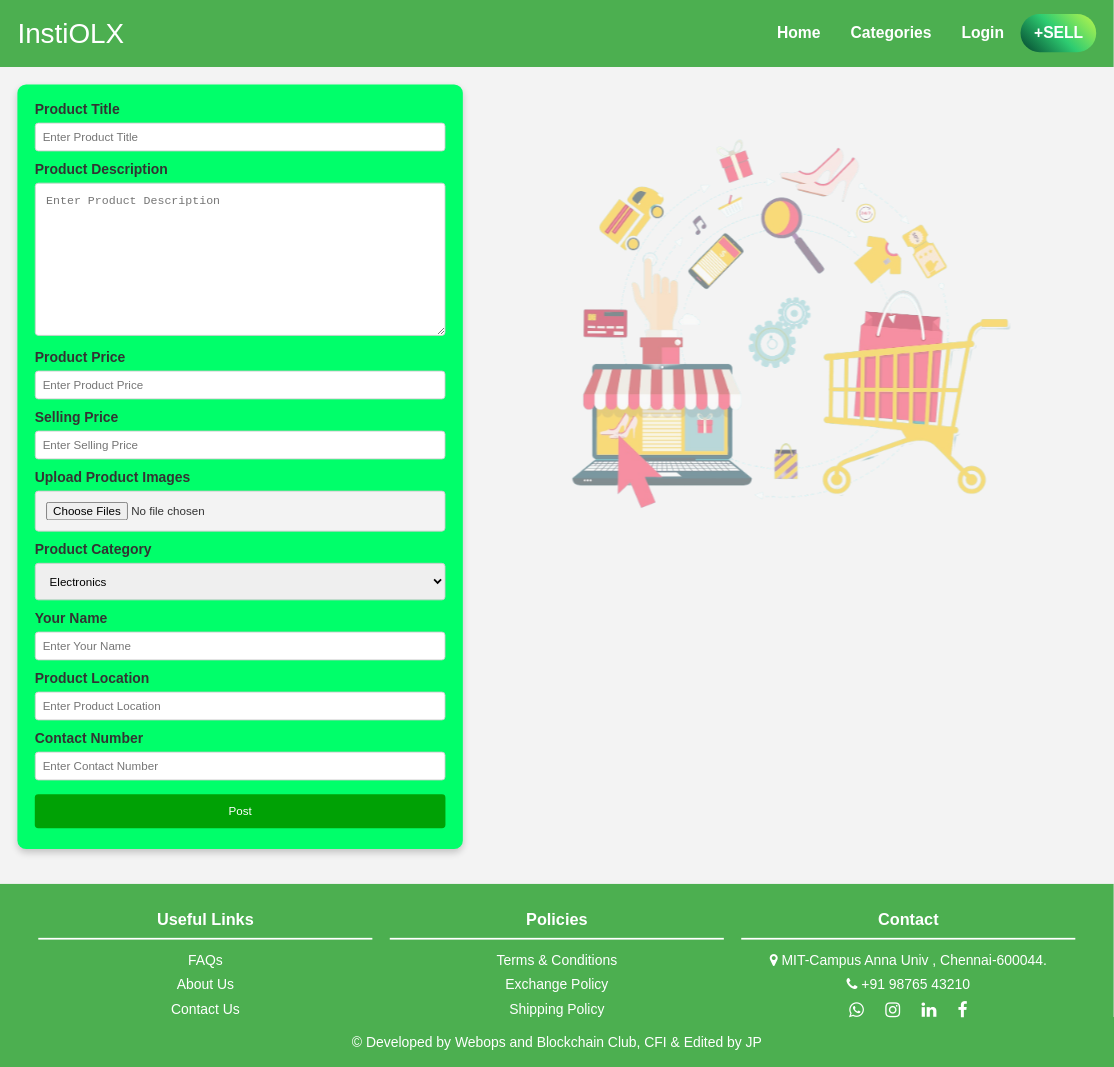
Repository: John-Prabu-A/web-dev-summer-school
Page: Session_1_Assignment/sell.html
The author's editor kept a copy of each file at every save. The page is drawn from the files as they stood at one save, then again after the next save.
The browser window is 1280 px wide. The pictures show the whole page, at 87% of full size.

Above is the page before, as saved 2024-06-20 16:13:40.

### Session_1_Assignment/sell.html
<!DOCTYPE html>
<html lang="en">

<head>
    <meta charset="UTF-8">
    <meta name="viewport" content="width=device-width, initial-scale=1.0">
    <title>InstiOLX</title>
    <link rel="stylesheet" href="Styles.css">
    <link rel="stylesheet" href="https://cdnjs.cloudflare.com/ajax/libs/font-awesome/4.7.0/css/font-awesome.min.css">
    <link rel="stylesheet" href="sell-page.css">
</head>

<body>
    <header>
        <div id="logo">InstiOLX</div>
        <div class="navbar">
          <a href="#">Home</a>
          <a href="#">Categories</a>
          <a href="#">Login</a>
          <a href="/Session_1_Assignment/sell.html" style="background:linear-gradient(45deg, #03442e, #2ECC71 , #BDF74B );text-align:center;border-radius:40px;">+SELL</a>
        </div>
    </header>

    <img src="/Session_1_Assignment/sell-page-bg.png" alt="sell-page-image">
    <form action="" class="container" method="post">
        <label for="product-title"><b>Product Title</b></label>
        <input type="text" placeholder="Enter Product Title" name="product-title" required>

        <Lable for="product-description"><b>Product Description</b></Lable>
        <textarea name="product-description" id="product-description" cols="30" rows="10"
            placeholder="Enter Product Description" required></textarea>

        <label for="product-price"><b>Product Price</b></label>
        <input type="text" placeholder="Enter Product Price" name="product-price" required>

        <label for="selling-price"><b>Selling Price</b></label>
        <input type="text" placeholder="Enter Selling Price" name="selling-price" required>

        <!-- multiple photo upload -->
        <label for="product-image"><b>Upload Product Images</b></label>
        <input type="file" name="product-image" id="product-image" multiple required>

        <label for="product-category"><b>Product Category</b></label>
        <select name="product-category" id="product-category" required>
            <option value="electronics">Electronics</option>
            <option value="furniture">Furniture</option>
            <option value="vehicles">Vehicles</option>
            <option value="clothing">Clothing</option>
            <option value="books">Books</option>
            <option value="miscellaneous">Miscellaneous</option>
            <option value="other">Other</option>
        </select>

        <label for="seller-name"><b>Your Name</b></label>
        <input type="text" placeholder="Enter Your Name" name="seller-name" required>

        <label for="product-location"><b>Product Location</b></label>
        <input type="text" placeholder="Enter Product Location" name="product-location" required>

        <label for="product-contact"><b>Contact Number</b></label>
        <input type="text" placeholder="Enter Contact Number" name="product-contact" required>

        <button type="submit">Post</button>
    </form>
    <footer class="footer">
        <div class="footer-container">
            <div class="footer-column">
                <h3>Useful Links</h3>
                <ul>
                    <li><a href="#">FAQs</a></li>
                    <li><a href="#">About Us</a></li>
                    <li><a href="#">Contact Us</a></li>
                </ul>
            </div>
            <div class="footer-column">
                <h3>Policies</h3>
                <ul>
                    <li><a href="#">Terms & Conditions</a></li>
                    <li><a href="#">Exchange Policy</a></li>
                    <li><a href="#">Shipping Policy</a></li>
                </ul>
            </div>
            <div class="footer-column">
                <h3>Contact</h3>
                <p><i class="fa fa-map-marker"></i> MIT-Campus Anna Univ , Chennai-600044.</p>
                <p><i class="fa fa-phone"></i> +91 98765 43210</p>
                <div class="social-icons">
                    <a href="#" class="fa fa-whatsapp"></a>
                    <a href="#" class="fa fa-instagram"></a>
                    <a href="#" class="fa fa-linkedin"></a>
                    <a href="#" class="fa fa-facebook"></a>
                </div>
            </div>
            © Developed by Webops and Blockchain Club, CFI & Edited by JP
        </div>
    </footer>
</body>

</html>

### Session_1_Assignment/Styles.css
* {
    box-sizing: border-box;
    margin: 0;
    padding: 0;
}

body {
    font-family: 'Gill Sans', 'Gill Sans MT', Calibri, 'Trebuchet MS', sans-serif;
    background-color: white;
    color: #333;
}

header{
    background-color: #4CAF50;
    color: white;
    padding: 20px;
    display: flex;
    justify-content: space-between;
    align-items: center;
    position: sticky;
    width: 100%;
    z-index: 100;
  }
  header #logo {
    font-size: 2em;
  }

  header .navbar a{
    color: white;
    font-weight: bold;
    font-size: 18px;
    padding: 12px 15px;
    text-decoration: none;
  }
  header .navbar a:hover{
    background-color: #45a049;
  }
.banner {
    position: relative;
    padding: 60px 0 0 0;
}

.banner img {
    width: 100%;
}

.search-bar {
    margin: 20px;
    display: flex;
    justify-content: center;
}

.search-bar input[type="text"] {
    width: 300px;
    padding: 10px;
    border: 2px solid #4CAF50;
    border-radius: 5px 0 0 5px;
    border-right: 0;
    outline: none;             /*On starting to type it creates balck border by default,so to avoid it v use this*/
}

.search-bar button {
    padding: 10px 20px;
    border: 2px solid #4CAF50;
    border-left: 0;
    background-color: #4CAF50;
    color: white;
    cursor: pointer;
    border-radius: 0 5px 5px 0;
}

.search-bar button:hover {
    background-color: #45a049;
}

.slideshow-container {
    display: flex;
    justify-content: center;
    gap: 50px;
    flex-wrap: wrap;
}

.slideshow {
    position: relative;
    width: 350px;
    height: 350px;
    overflow: hidden;
    border-radius: 20px;
    border: 2px solid #ddd;
    box-shadow: 0 0 10px rgba(0, 0, 0, 0.1);
}

.slideshow-image {
    position: absolute;
    width: 100%;
    height: 100%;
    background-size: cover;
    opacity: 0;
    animation-iteration-count: infinite;
}

.image1 { background-image: url('https://encrypted-tbn0.gstatic.com/images?q=tbn:ANd9GcQVwGVsuaL7RGKo6A_Sqq83s5_6XYFMhHsjug&s');
          animation-name: fade1;
          animation-duration: 4s; }
.image2 { background-image: url('https://5.imimg.com/data5/WS/NI/FV/SELLER-11710265/mad-maxx-bicycles-avengers-single-kids-cycle-500x500.jpg');
          animation-name: fade2;
          animation-duration: 4s; }
.image3 { background-image: url('https://5.imimg.com/data5/SELLER/Default/2022/7/YX/MH/UK/153492086/pulsar-150cc-twin-disk-500x500.png');
          animation-name: fade3;
          animation-duration: 4s; }
.image4 { background-image: url('https://cpimg.tistatic.com/07673503/b/4/Toyota-Innova-Crysta.jpg');
          animation-name: fade1;
          animation-duration: 4s; }
.image5 { background-image: url('https://tiimg.tistatic.com/fp/1/007/862/most-advanced-modern-premium-lg-7-kg-front-fully-automatic-washing-machine-255.jpg');
          animation-name: fade2;
          animation-duration: 4s; }
.image6 { background-image: url('https://5.imimg.com/data5/SELLER/Default/2022/3/MI/KE/UL/19250422/whirlpool-1-0-ton-3-star-inverter-split-ac-500x500.jpg');
          animation-name: fade3;
          animation-duration: 4s; }
.image7 { background-image: url('https://5.imimg.com/data5/SELLER/Default/2021/8/HZ/XR/AC/8962391/household-vacuum-cleaner-500x500.jpg');
          animation-name: fade1;
          animation-duration: 4s; }
.image8 { background-image: url('https://static.nbastore.in/resized/500X500/50/nba-authentic-series-indoor-outdoor-basketball-size-7-brown-65146fd7e6af2.jpg');
          animation-name: fade2;
          animation-duration: 4s; }
.image9 { background-image: url('https://m.media-amazon.com/images/I/61KOc8c4xQL._SL1200_.jpg');
          animation-name: fade3;
          animation-duration: 4s; }

@keyframes fade1 {
    0%, 33.33% { opacity: 1; }
    33.34%, 100% { opacity: 0; }
}
@keyframes fade2 {
    0%, 33.33% { opacity: 0; }
    33.34%, 66.66% { opacity: 1; }
    66.67%, 100% { opacity: 0; }
}
@keyframes fade3 {
    0%, 66.66% { opacity: 0; }
    66.67%, 100% { opacity: 1; }
}

.container {
    position: relative;
    max-width: 100%;
  }

    .image {
        opacity: 1;
        display: block;
        width: 100%;
        height: auto;
    }

  .middle {
    opacity: 0;
    position: absolute;
    top: 50%;
    left: 50%;
    transform: translate(-50%, -50%);
    text-align: center;
  }
  .text {
    color: #4CAF50;
    font-size: 16px;
    padding: 16px 32px;
    font-weight: bold;
  }
  .container:hover .image {
    opacity: 0.3;
  }

  .container:hover .middle {
    opacity: 1;
  }


.product-listings {
    display: flex;
    flex-wrap: wrap;
    justify-content: center;
    margin: 20px;
    border: 5px solid #4CAF50;
    border-radius: 15px;
    padding: 25px;
}

.product {
    background-color: white;
    border: 2px solid #e0e0e0;
    border-radius: 10px;
    margin: 30px;
    padding: 15px;
    width: 220px;
    text-align: center;
    transition: transform 0.5s, box-shadow 0.3s;
}

.product:hover {
    box-shadow: 0 4px 8px rgba(0, 0, 0, 0.2);
    transform: scale(1.05);
}

.product img {
    max-width: 100%;
    border-bottom: 1px solid #e0e0e0;
    margin-bottom: 10px;
}

.product-info h2 {
    font-size: 1.2em;
    margin-bottom: 10px;
    color: #4CAF50;
}

.product-info p {
    font-size: 1em;
    color: #777;
}

.footer {
    background-color: #4CAF50;
    color: white;
    text-align: center;
    padding: 20px 0;
    margin-top: 40px;
}

.footer-container {
    display: flex;
    flex-wrap: wrap;
    justify-content: center;
}

.footer-column {
    width: 30%;
    margin: 10px;
}

.footer-column h3 {
    border-bottom: 2px solid #fff;
    padding-bottom: 10px;
    margin-bottom: 15px;
}

.footer-column ul {
    list-style-type: none;
}

.footer-column ul li {
    margin: 10px ;
}

.footer-column ul li a {
    color: white;
    text-decoration: none;
}

.footer-column p {
    margin-top: 10px;
}

.footer-column .social-icons {
    margin-top: 10px;
}

.footer-column .social-icons a {
    color: white;
    text-decoration: none;
    margin: 0 10px;
    font-size: 20px;
}

### Session_1_Assignment/sell-page.css
body {
    font-family: Arial, Helvetica, sans-serif;
    background-color: #f3f3f3;
}

img {
    display: block;
    position: fixed;
    right: 0;
    top: 15%;
    padding: 16px;
    width: 60%;
    height: auto;
    z-index: -1;
    box-sizing: border-box;
    opacity: 0.5;
    transition: opacity 0.2s ease-out;
}

.sticky-container {
    position: -webkit-sticky; /* For Safari */
    position: sticky;
    top: 0;
    height: 100px; /* Height within which the opacity transition should occur */
}

.container {
    display: block;
    padding: 16px;
    margin: 20px;
    background-color: #00ff6a;
    padding: 20px;
    width: 40%;
    border-radius: 10px;
    box-shadow: 0 4px 8px 0 rgba(0, 0, 0, 0.2);
}

input[type=text],
select,
textarea {
    width: 100%;
    padding: 8px;
    border: 1px solid #ccc;
    border-radius: 4px;
    box-sizing: border-box;
    margin-top: 6px;
    margin-bottom: 12px;
    resize: vertical;
}

button {
    background-color: #00a105;
    color: white;
    padding: 12px 20px;
    margin: 4px 0;
    border: none;
    border-radius: 4px;
    cursor: pointer;
    width: 100%;
}

button:hover {
    background-color: #007506;
}

.container label {
    font-weight: bold;
}

.container select {
    width: 100%;
    padding: 12px;
    border: 1px solid #ccc;
    border-radius: 4px;
    box-sizing: border-box;
    margin-top: 6px;
    margin-bottom: 12px;
    resize: vertical;
}

.container textarea {
    width: 100%;
    padding: 12px;
    border: 1px solid #ccc;
    border-radius: 4px;
    box-sizing: border-box;
    margin-top: 6px;
    margin-bottom: 12px;
    resize: vertical;
}

.container input[type=file] {
    width: 100%;
    padding: 12px;
    border: 1px solid #ccc;
    background-color: #f3f3f3;
    border-radius: 4px;
    box-sizing: border-box;
    margin-top: 6px;
    margin-bottom: 12px;
    resize: vertical;
}

@media (max-width: 768px) {
    .product-listings {
        margin: 10px;
    }

    .product {
        margin: 10px;
    }

    img {
        width: 100%;
        display: block;
        position: relative;
    }

    .container {
        width: 80dvw;
        margin: 10px auto;
    }

    .footer-column {
        width: 100%;
    }
}

After the next save:
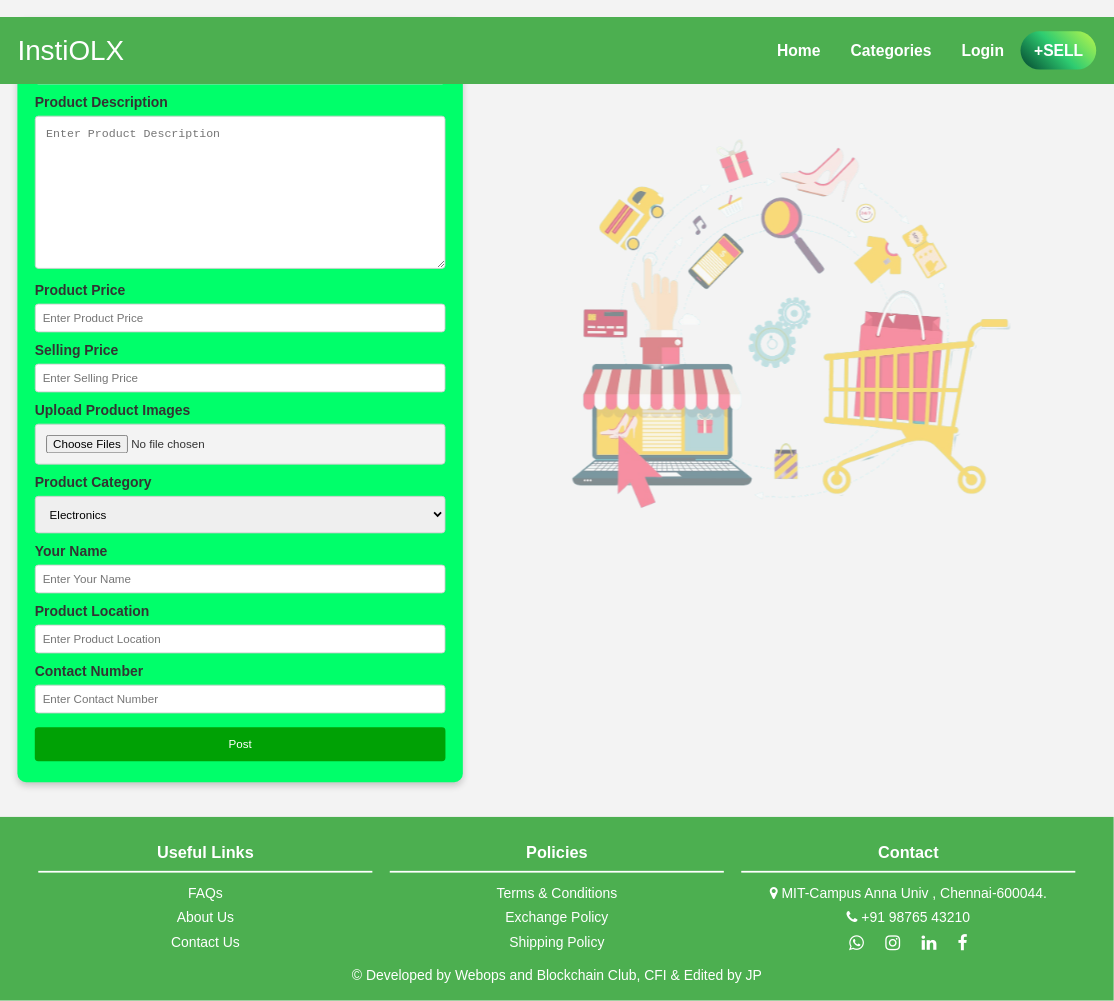
Saved 44 s later.
--- a/Session_1_Assignment/Styles.css
+++ b/Session_1_Assignment/Styles.css
@@ -17,7 +17,7 @@ header{
     display: flex;
     justify-content: space-between;
     align-items: center;
-    position: sticky;
+    position: fixed;
     width: 100%;
     z-index: 100;
   }
